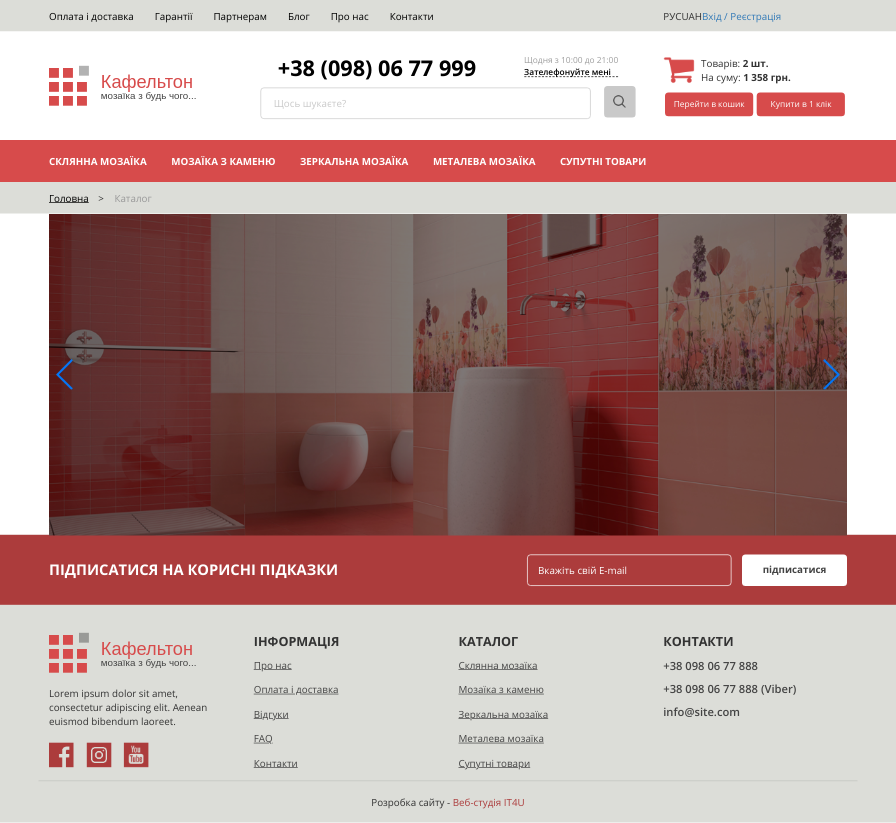
Repository: zellenka/mozaika
Page: app/index.html
The author's editor kept a copy of each file at every save. The page is drawn from the files as they stood at one save, then again after the next save.
The browser window is 1280 px wide. The pictures show the part of the page from y = 0 to 1920 px (the page is 1175 px tall before and 58835 px after), at 70% of full size.
Some web fonts or font styles are not loaded; a fallback is used. The style sheet was rebuilt from its Sass, Less or Tailwind sources for each picture, by a compiler version that may differ from the author's.

Above is the page before, as saved 2018-07-13 16:57:05.
Console error (its wording comes from the project's code and is left out).

After the next save:
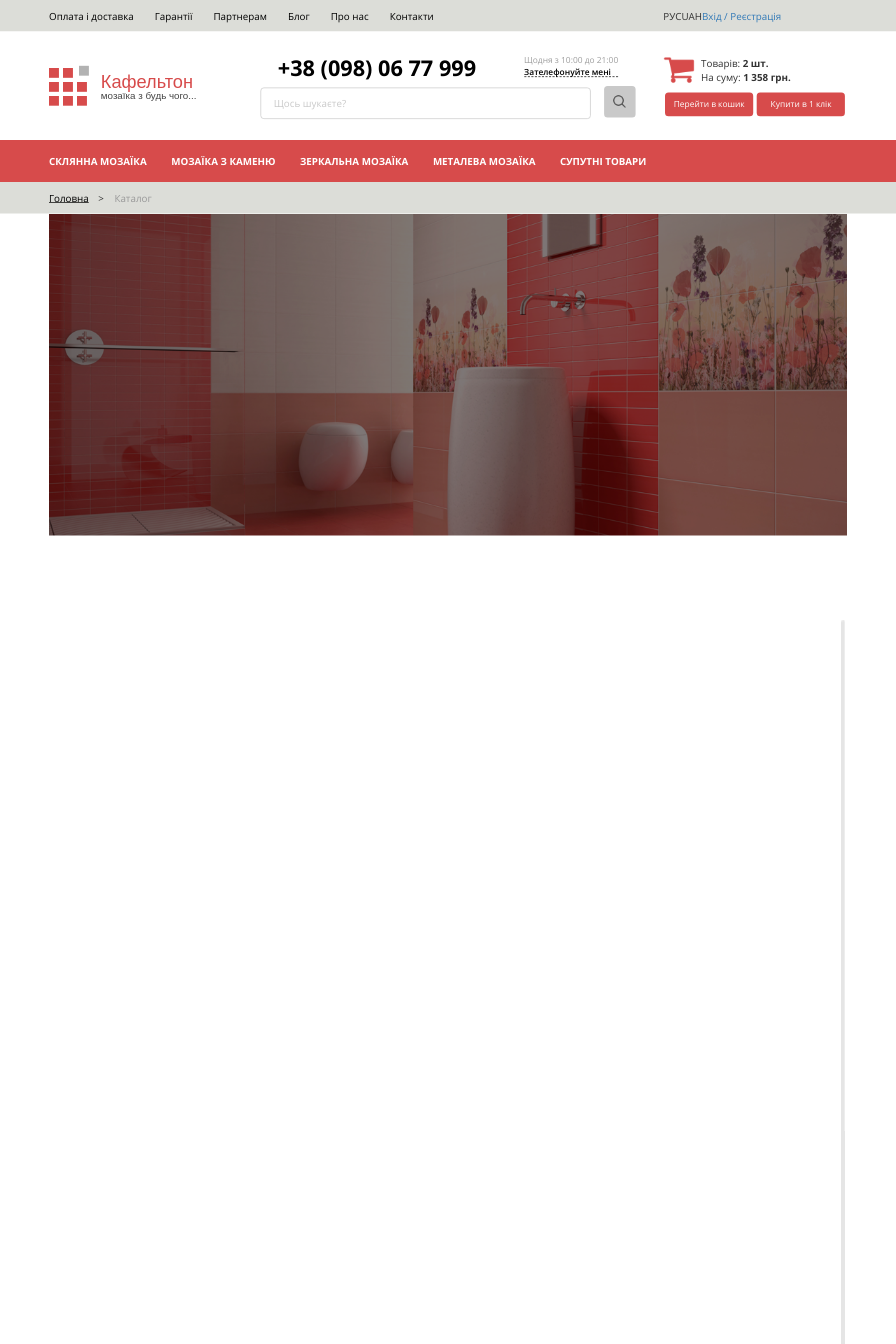
Saved 24 s later.
--- a/app/js/common.js
+++ b/app/js/common.js
@@ -1,5 +1,25 @@
 $( document ).ready(function() {
+	var mySwiper = new Swiper ('.swiper-container', {
+		// Optional parameters
+		direction: 'vertical',
+		loop: true,
 
+		// If we need pagination
+		pagination: {
+		  el: '.swiper-pagination',
+		},
+
+		// Navigation arrows
+		navigation: {
+		  nextEl: '.swiper-button-next',
+		  prevEl: '.swiper-button-prev',
+		},
+
+		// And if we need scrollbar
+		scrollbar: {
+		  el: '.swiper-scrollbar',
+		},
+	  })
 
 
 });
